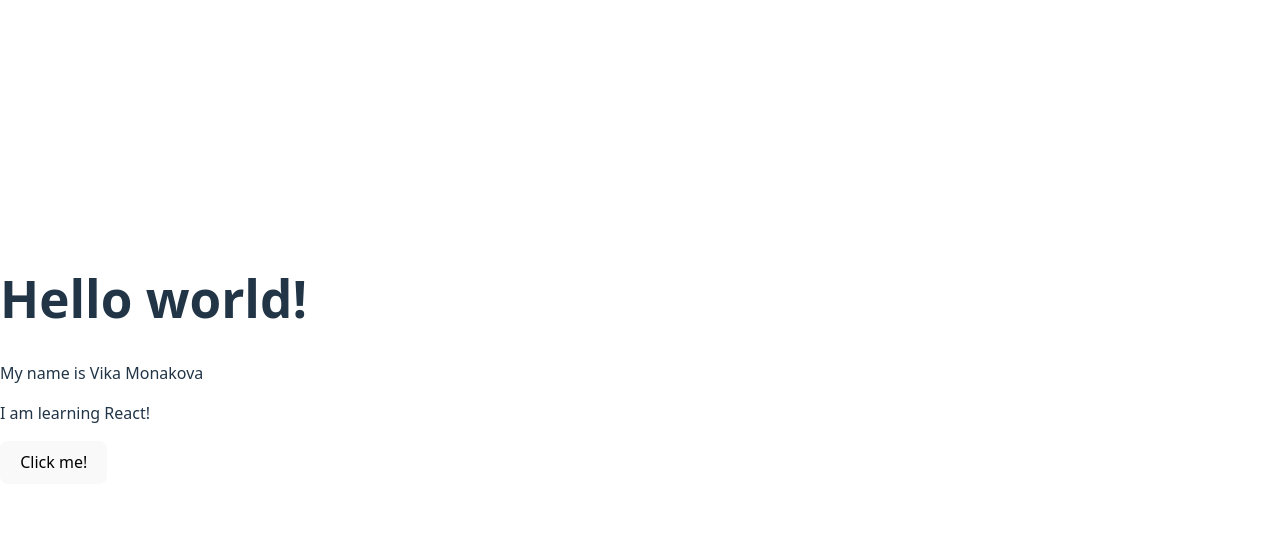
Repository: monavi77/front_web_dev_week1
Page: /
These files come from the project's save history. The page is drawn as it stood at one moment and after the next save; the edit follows.
The browser window is 1280 px wide. The pictures show the whole page.
The project was rebuilt for these pictures with package versions that can differ from the ones it lists, and the page was loaded fresh each time. Also part of the build but not shown: vite.config.js.

Above is the page before, as saved 2025-09-10 13:31:47.

### index.html
<!DOCTYPE html>
<html lang="en">
  <head>
    <meta charset="UTF-8" />
    <link rel="icon" type="image/svg+xml" href="/clay_logo.svg" />
    <meta name="viewport" content="width=device-width, initial-scale=1.0" />
    <title>monakovochka 🔫</title>
  </head>
  <body>
    <div id="root"></div>
    <script type="module" src="/src/main.jsx"></script>
  </body>
</html>

### src/App.jsx
function App() {
  return (
    <div>
      <h1>Hello world!</h1>
      <p>My name is Vika Monakova</p>
      <p>I am learning React!</p>
      <button>Click me!</button>
    </div>
  );
}

export default App;

Loaded but not shown: src/main.jsx (common file); src/index.css (common file)

After the next save:
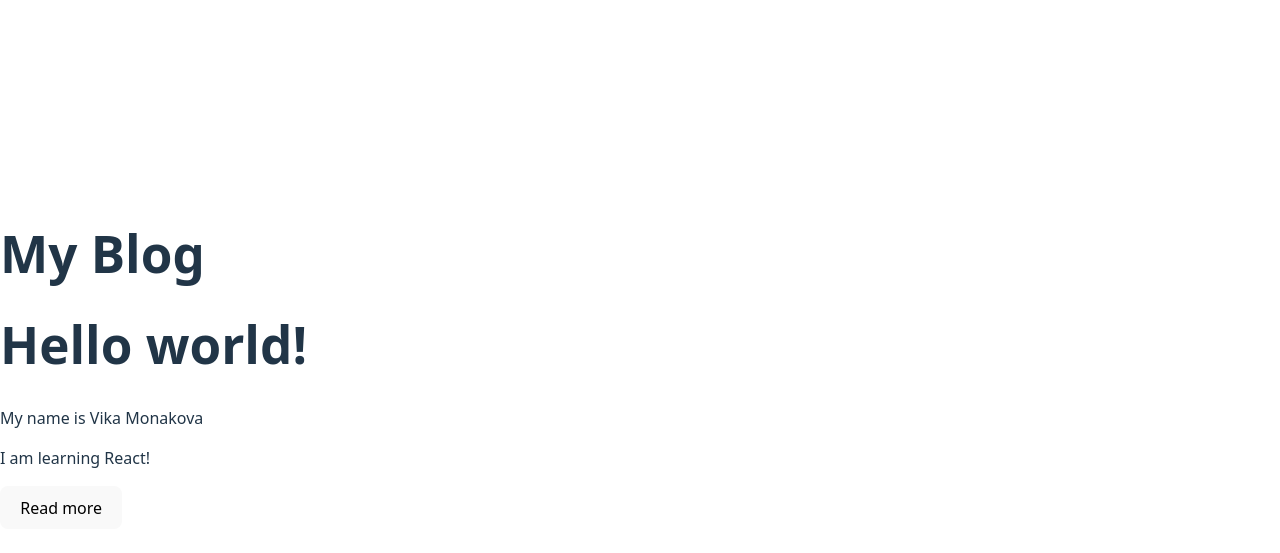
Saved 9 min 18 s later.
--- a/src/App.jsx
+++ b/src/App.jsx
@@ -1,10 +1,19 @@
 function App() {
+  return (
+    <div className="App">
+      <h1>My Blog </h1>
+      <BlogEntry />
+    </div>
+  );
+}
+
+function BlogEntry() {
   return (
     <div>
       <h1>Hello world!</h1>
       <p>My name is Vika Monakova</p>
       <p>I am learning React!</p>
-      <button>Click me!</button>
+      <button>Read more</button>
     </div>
   );
 }
